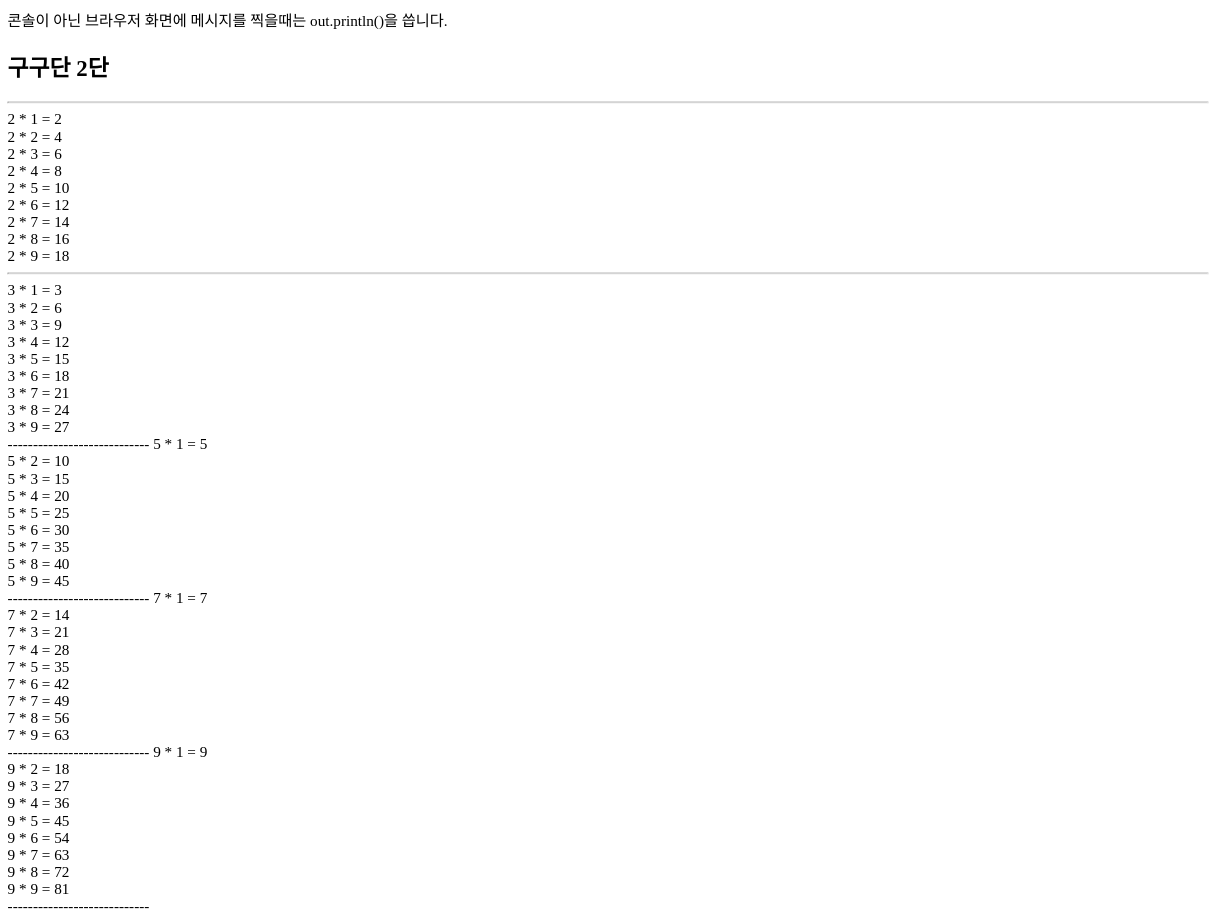
Repository: Andante8989/jsp_practice
Page: http://localhost/JSPBasic/jsptag/scriptlet.jsp
An editor plug-in stored every save of this project. The page is shown before and after the next save, followed by the edit.
The browser window is 1280 px wide. The pictures show the whole page, at 95% of full size.
The page is served by Tomcat 9.

Above is the page before, as saved 2022-03-22 11:48:36.

### JSPBasic/src/main/webapp/jsptag/scriptlet.jsp
<%@ page language="java" contentType="text/html; charset=UTF-8"
    pageEncoding="UTF-8"%>
<!DOCTYPE html>
<html>
<head>
<meta charset="UTF-8">
<title>Insert title here</title>
</head>
<body>
	<% System.out.println("콘솔에 메세지를 찍을때는 System.out.println()을 씁니다.");
	out.println("콘솔이 아닌 브라우저 화면에 메시지를 찍을때는 out.println()을 씁니다.");  %>
	<h2>구구단 2단</h2><hr/>
	<%
		// 구구단 2단을 브라우저에 출력해주세요.
		for(int i = 1; i < 10; i++) {
			out.println("2 * " + i + " = " + 2 * i + "<br/>");
		}
	%>
	<hr/>
	<!-- 반복문과 조건문을 이용하여 구구단 홀수단 (3, 5, 7, 9)을 화면에 출력해주세요 -->
	<%
		for(int a = 2; a < 10; a++) {
			if(a % 2 != 0) {
				for(int b = 1; b < 10; b++) {
					out.println(a + " * " + b + " = " + a*b + "<br/>");
				}
				out.println("----------------------------");
			}
		}

	%>
</body>
</html>

After the next save:
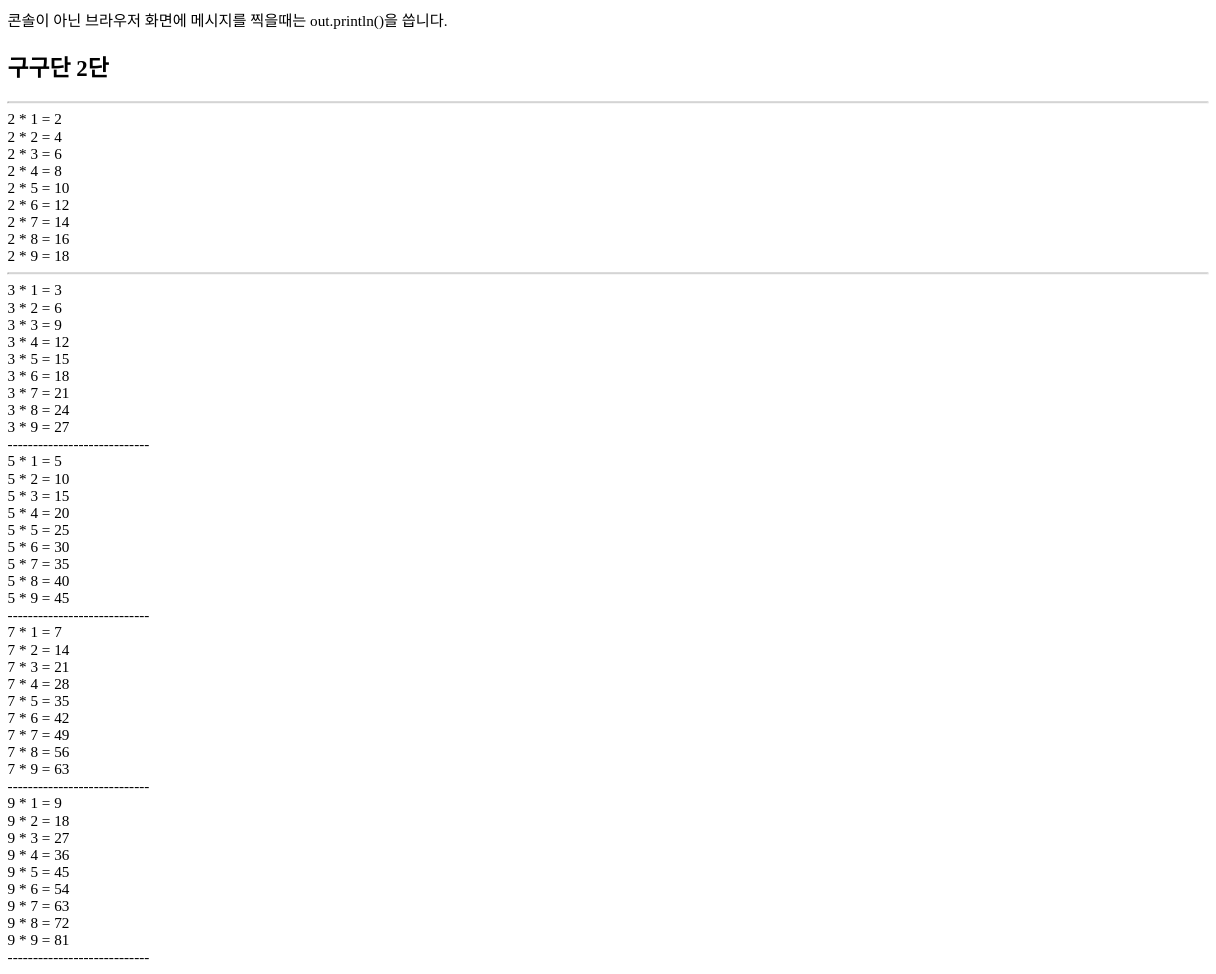
Saved 17 s later.
--- a/JSPBasic/src/main/webapp/jsptag/scriptlet.jsp
+++ b/JSPBasic/src/main/webapp/jsptag/scriptlet.jsp
@@ -24,7 +24,7 @@
 				for(int b = 1; b < 10; b++) {
 					out.println(a + " * " + b + " = " + a*b + "<br/>");
 				}
-				out.println("----------------------------");
+				out.println("----------------------------" + "<br/>");
 			}
 		}
 
